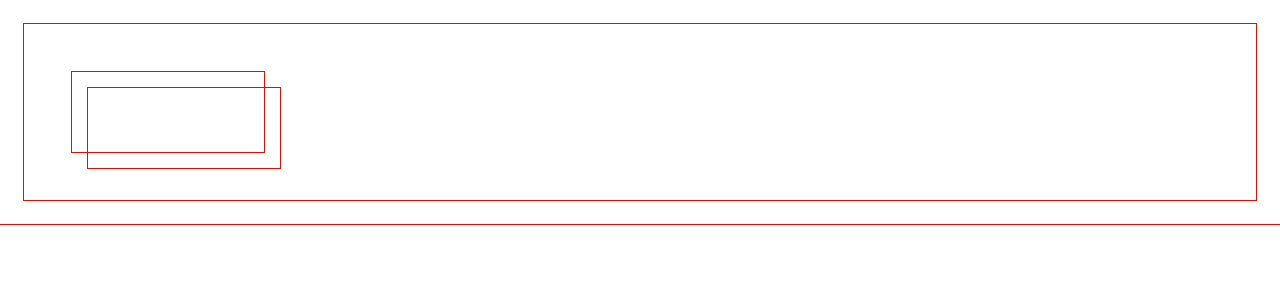
Repository: JacobSkilling-dot/Project1-Blog
Page: Week3-Blog.html
These files come from the project's save history. The page is drawn as it stood at one moment and after the next save; the edit follows.
The browser window is 1280 px wide. The pictures show the whole page.

Above is the page before, as saved 2023-01-16 19:45:27.

### Week3-Blog.html
<!DOCTYPE html>
<html lang="en">
<head>
    <meta charset="UTF-8">
    <meta http-equiv="X-UA-Compatible" content="IE=edge">
    <meta name="viewport" content="width=device-width, initial-scale=1.0">
    <title>Website Template</title>
    <link rel="stylesheet" href="style.css">
</head>
<body>
    <div class="main-content">
        <div class="search-bar"></div>
        <style>
            .main-content{
                width: 10rem;
                height: 3rem;
                margin: 2rem;
            }

            .search-bar{
                width: 10rem;
                height: 3rem;
                left: 20rem;
            }
        </style>
    </div>

</body>
</html>

### style.css
* {
    outline: 1px solid rgb(255, 0, 0);
    padding: 1rem;
    min-height: 1rem;
}

After the next save:
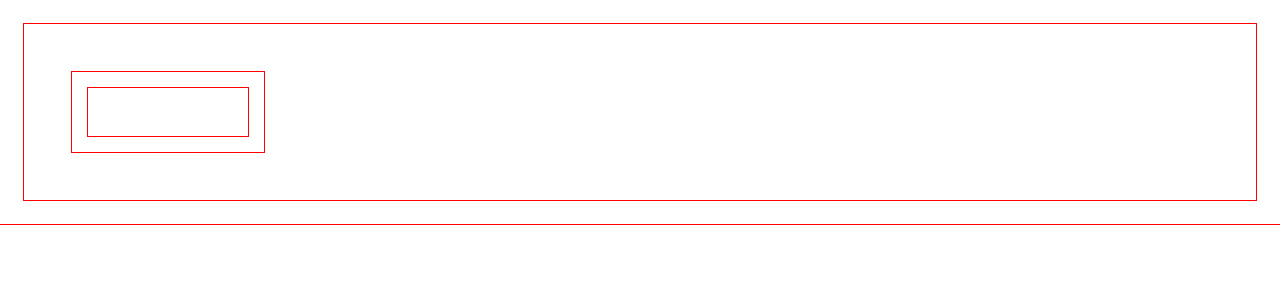
Saved 23 s later.
--- a/Week3-Blog.html
+++ b/Week3-Blog.html
@@ -15,12 +15,12 @@
                 width: 10rem;
                 height: 3rem;
                 margin: 2rem;
+                display: flex;
             }
 
             .search-bar{
                 width: 10rem;
-                height: 3rem;
-                left: 20rem;
+
             }
         </style>
     </div>
